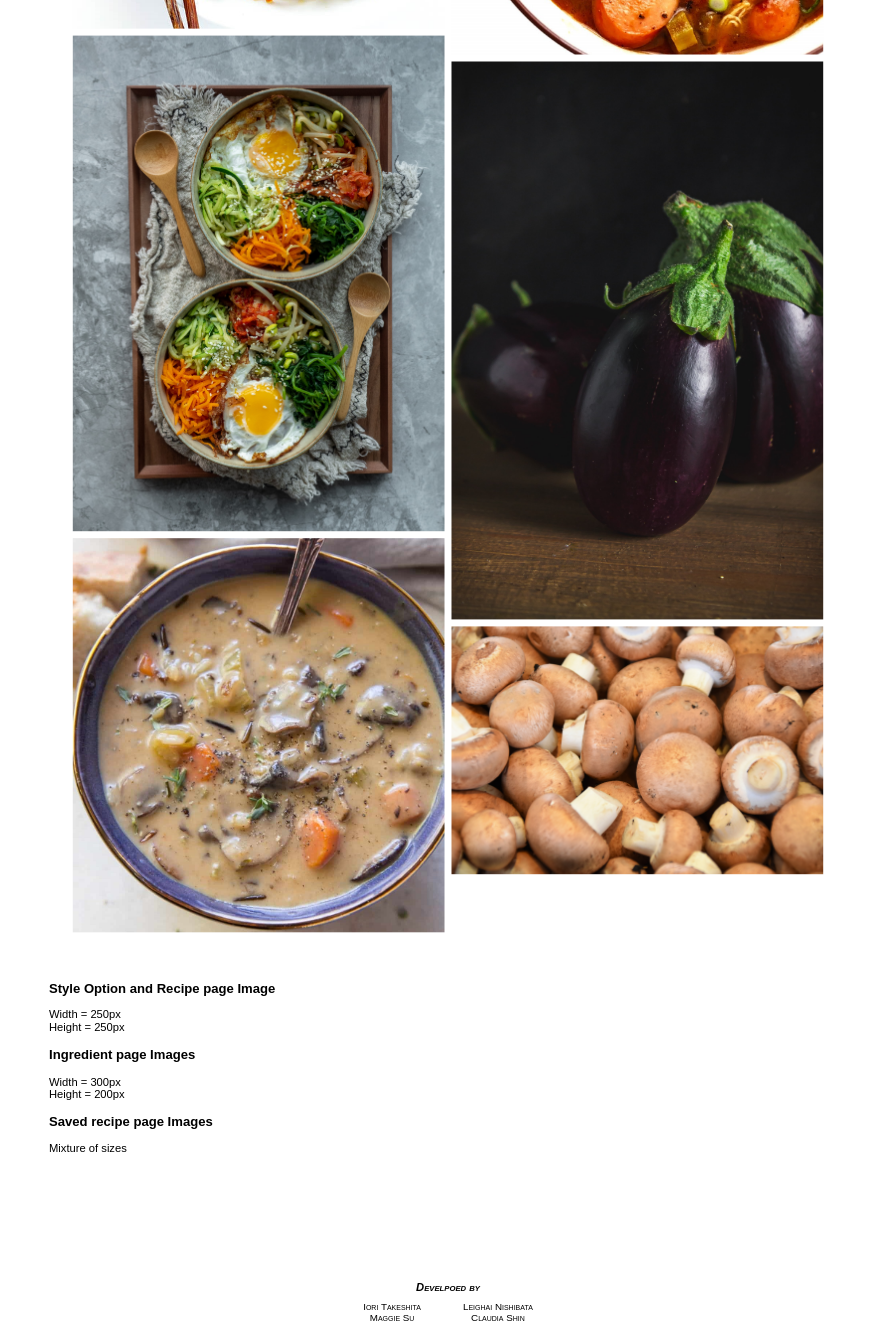
Repository: iorid3/StyleGuide
Page: imagery.html
The author's editor kept a copy of each file at every save. The page is drawn from the files as they stood at one save, then again after the next save.
The browser window is 1280 px wide. The pictures show the part of the page from y = 2387 to 4307 px (the page is 4307 px tall before and 4057 px after), at 70% of full size.
Some web fonts or font styles are not loaded; a fallback is used.

Above is the page before, as saved 2021-03-19 01:29:06.

After the next save:
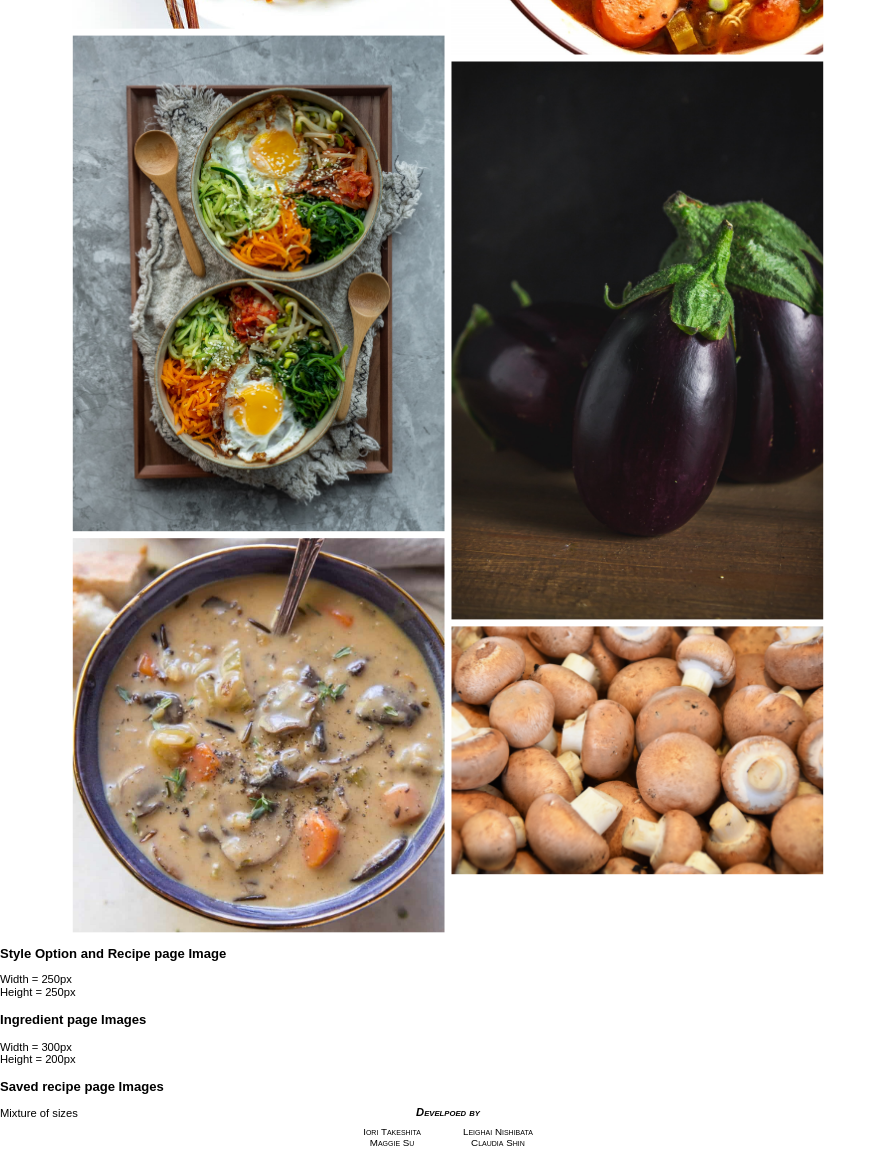
Saved 2 min 50 s later.
--- a/imagery.css
+++ b/imagery.css
@@ -109,6 +109,7 @@
     flex-direction: column;
     justify-content: flex-start;
     font-family: 'Athiti', sans-serif;
+    body
     margin: 50px 0px 200px 70px;
 }
 .text_container h3 {
